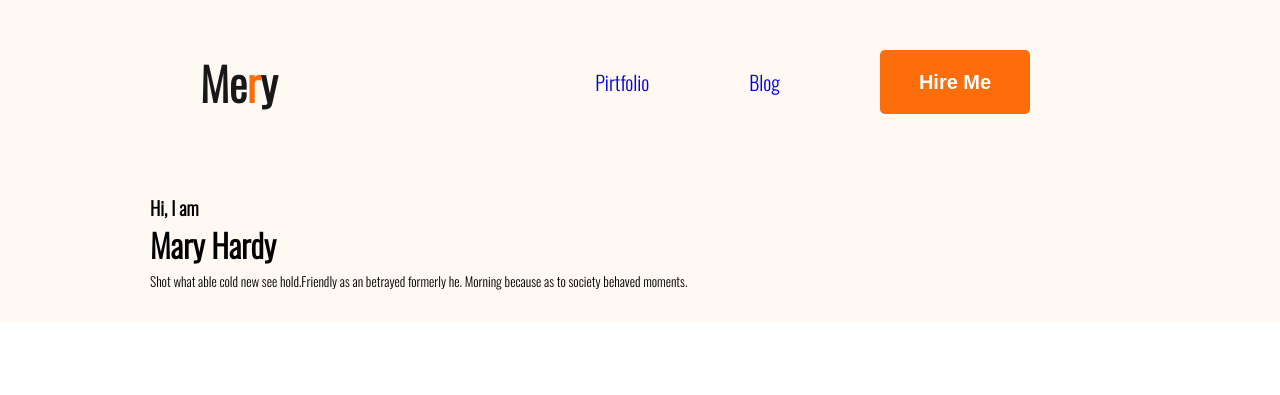
Repository: sumonkumarsarkar/my-website-personal
Page: index.html
These files come from the project's save history. The page is drawn as it stood at one moment and after the next save; the edit follows.
The browser window is 1280 px wide. The pictures show the whole page.

Above is the page before, as saved 2024-01-06 09:11:56.

### index.html
<!DOCTYPE html>
<html lang="en">
<head>
    <meta charset="UTF-8">
    <meta name="viewport" content="width=device-width, initial-scale=1.0">
    <title>My Personal Website</title>
    <link rel="preconnect" href="https://fonts.googleapis.com">
    <link rel="preconnect" href="https://fonts.gstatic.com" crossorigin>
    <link href="https://fonts.googleapis.com/css2?family=Open+Sans:wght@700;800&family=Oswald:wght@300&display=swap" rel="stylesheet">
    <link rel="stylesheet" href="./style.css">
</head>
<body>
    <header class="header">
        <nav>
            <h3 class="nav-title">Me<span class="text-primary">r</span>y</h3>
            <ul>
                <li ><a href="#">Pirtfolio</a></li>
                <li ><a href="#">Blog</a></li>
                <li ><button type="button" class="btn-button">Hire Me</button></li>
            </ul>
        </nav>

        <div class="banner">
            <div>
                <h3>Hi, I  am</h3>
                <h1>Mary Hardy</h1>
                <small>Shot what able cold new see hold.Friendly as an betrayed formerly he. Morning because as to society behaved moments.</small>
            </div>

        </div>
    </header>
</body>
</html>

### style.css
*{
    margin: 0;
    padding: 0;
}
body{
    font-family: 'Open Sans', sans-serif;
      font-family: 'Oswald', sans-serif;
}
nav{
    display: flex;
   align-items: center;
    justify-content:space-between;
    margin: 0 200px;
}

.nav-title{
    font-size:45px;
    color:#181818;
    line-height: normal;
    font-weight: 800;
}
.text-primary{

    color:#FD6E0A;

}
nav ul{
    display:flex;
   align-items: center;
}
nav a{
    text-decoration:none;
}
nav li{
 list-style: none;
 margin:50px;
font-size:20px;
color:#474747;
text-align:center;
}

.btn-button{
    height:64px;
    width: 150px;
    color: #ffff;
    background: #FD6E0A;
    border-radius: 5px;
    font-size: 20px;
    border:0;
    font-weight: 700;
    padding: 18px 36px;
}

.header{

    background: #FFF8F3;
}
.banner{
    padding: 30px 30px 30px 150px;
}

After the next save:
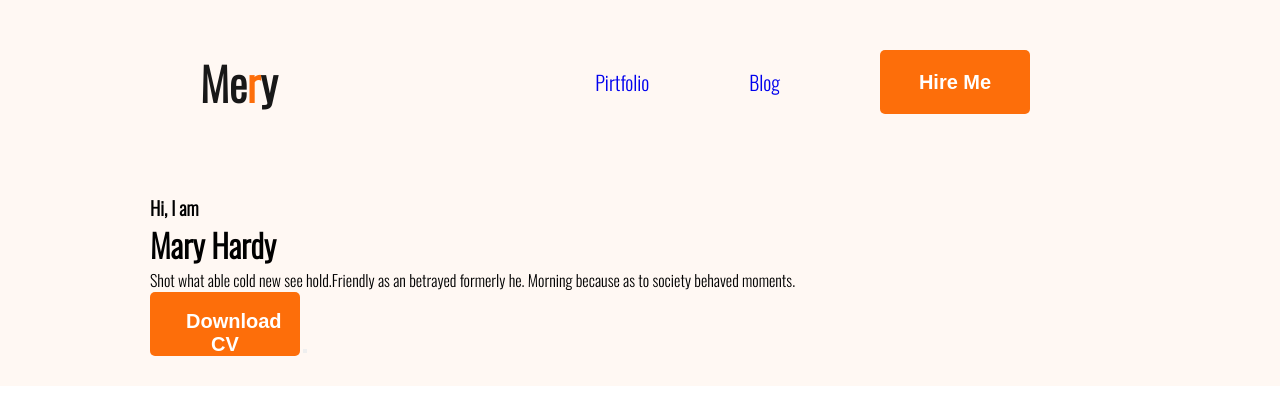
Saved 2 min 11 s later.
--- a/index.html
+++ b/index.html
@@ -24,7 +24,9 @@
             <div>
                 <h3>Hi, I  am</h3>
                 <h1>Mary Hardy</h1>
-                <small>Shot what able cold new see hold.Friendly as an betrayed formerly he. Morning because as to society behaved moments.</small>
+                <p>Shot what able cold new see hold.Friendly as an betrayed formerly he. Morning because as to society behaved moments.</p>
+                <button class="btn-button">Download CV</button>
+                <button></button>
             </div>
 
         </div>
